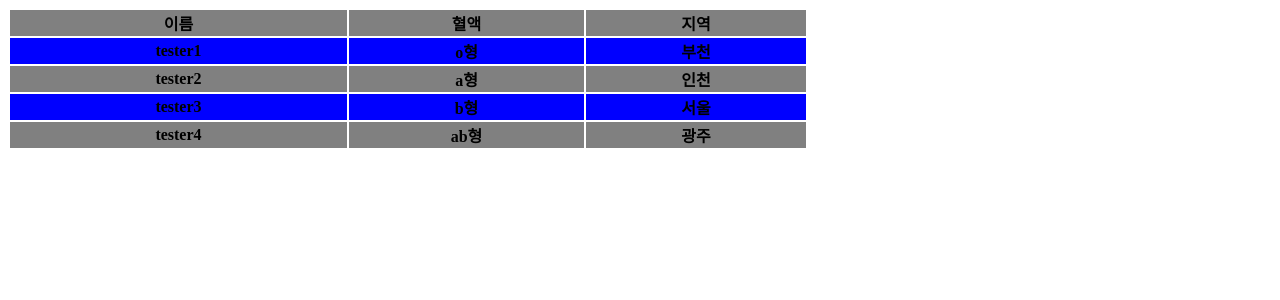
Repository: KYJIN1024/kic_jquery
Page: http://localhost/JQueryEx01/jquery11.jsp
These files come from the project's save history. The page is drawn as it stood at one moment and after the next save; the edit follows.
The browser window is 1280 px wide. The pictures show the whole page.
The page is served by Tomcat 9.

Above is the page before, as saved 2023-05-15 06:47:48.

### JQueryEx01/src/main/webapp/jquery11.jsp
<%@ page language="java" contentType="text/html; charset=UTF-8"
    pageEncoding="UTF-8"%>
<!DOCTYPE html>
<html>
<head>
<meta charset="UTF-8">
<title>Insert title here</title>


<script src="https://ajax.googleapis.com/ajax/libs/jquery/3.6.4/jquery.min.js"></script>
<script>
	// window.jquery => jquery => $ (축약된표현)
	$( document ).ready(function(){
			$( 'table' ).css('width', '800' );

			$( 'tr:odd' ).css('background-color', 'blue' );
			$( 'tr:even' ).css('background-color', 'gray' );
	});


</script>

</head>
<body>

<table>
<tr>
	<th>이름</th>
	<th>혈액</th>
	<th>지역</th>
</tr>
<tr>
	<th>tester1</th>
	<th>o형</th>
	<th>부천</th>
</tr>
<tr>
	<th>tester2</th>
	<th>a형</th>
	<th>인천</th>
</tr>
<tr>
	<th>tester3</th>
	<th>b형</th>
	<th>서울</th>
</tr>
<tr>
	<th>tester4</th>
	<th>ab형</th>
	<th>광주</th>
</tr>



</table>

</body>
</html>

After the next save:
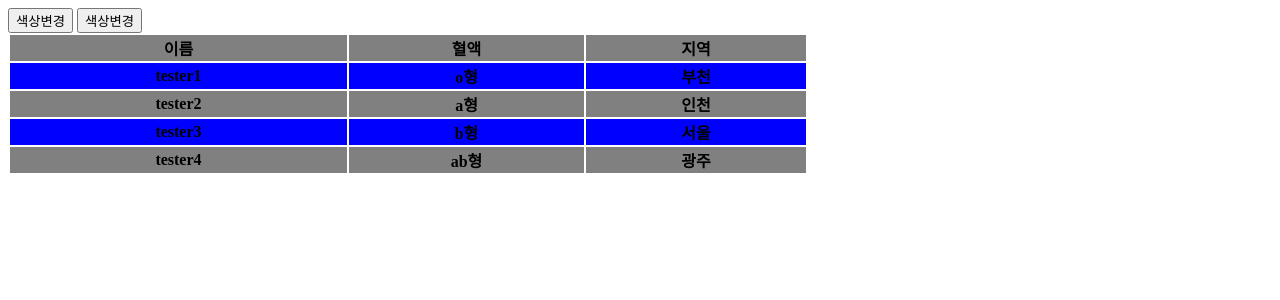
Saved 106 s later.
--- a/JQueryEx01/src/main/webapp/jquery11.jsp
+++ b/JQueryEx01/src/main/webapp/jquery11.jsp
@@ -22,6 +22,10 @@
 
 </head>
 <body>
+
+<button id="btn1">색상변경</button>
+<button id="btn2">색상변경</button>
+
 
 <table>
 <tr>
